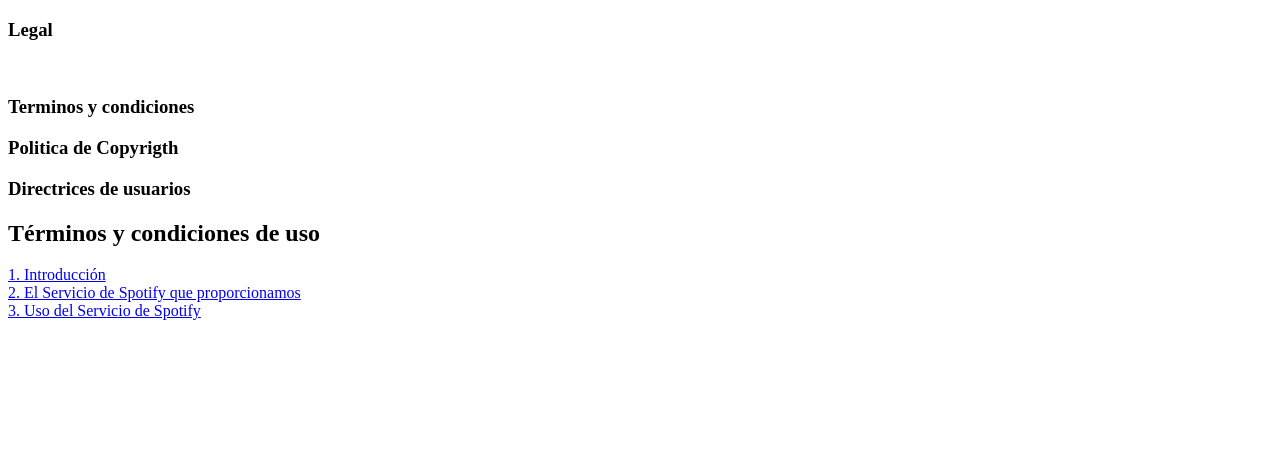
Repository: Devbenitez/Gen_30
Page: Gen_30/Maquetado/practicas/index.html
An editor plug-in stored every save of this project. The page is shown before and after the next save, followed by the edit.
The browser window is 1280 px wide. The pictures show the whole page.

Above is the page before, as saved 2023-11-07 23:02:43.

### Gen_30/Maquetado/practicas/index.html
<!DOCTYPE html>
<html lang="es">
    <meta charset="UTF-8" />
    <meta name="descripción" content="=practica1"/>
    <meta name="author" content="danielbenitez" />
<head>
<title>Practica spotify</title>
</head>
<body>
<section>
<h3><b>Legal</b></h3><br />
<h3>Terminos y condiciones</h3>
<h3>Politica de Copyrigth</h3>
<h3>Directrices de usuarios</h3>
</section>
<section>
    <h1>Términos y condiciones de uso</h1>
</section>
<section>
    <a href="#1. Introducción">1. Introducción</a><br />
    <a href="#2. El Servicio de Spotify que proporcionamos">2. El Servicio de Spotify que proporcionamos</a><br />
    <a href="#3. Uso del Servicio de Spotify">3. Uso del Servicio de Spotify</a><br />
</section>


</body>
</html>

After the next save:
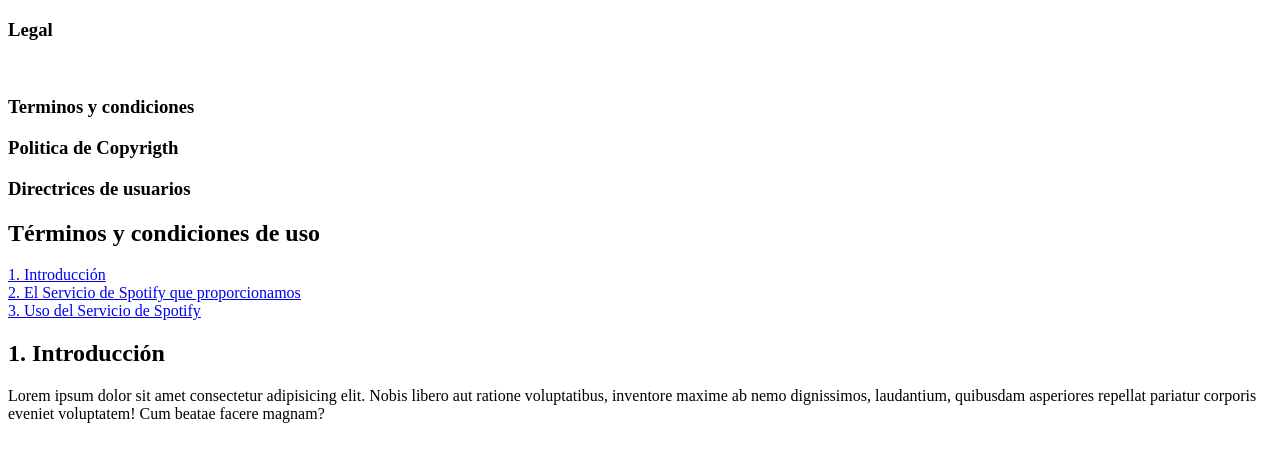
Saved 90 s later.
--- a/Gen_30/Maquetado/practicas/index.html
+++ b/Gen_30/Maquetado/practicas/index.html
@@ -21,6 +21,12 @@
     <a href="#2. El Servicio de Spotify que proporcionamos">2. El Servicio de Spotify que proporcionamos</a><br />
     <a href="#3. Uso del Servicio de Spotify">3. Uso del Servicio de Spotify</a><br />
 </section>
+<section>
+    <h1>1. Introducción</h1>
+    <p>
+        Lorem ipsum dolor sit amet consectetur adipisicing elit. Nobis libero aut ratione voluptatibus, inventore maxime ab nemo dignissimos, laudantium, quibusdam asperiores repellat pariatur corporis eveniet voluptatem! Cum beatae facere magnam?
+    </p>
+</section>
 
 
 </body>
